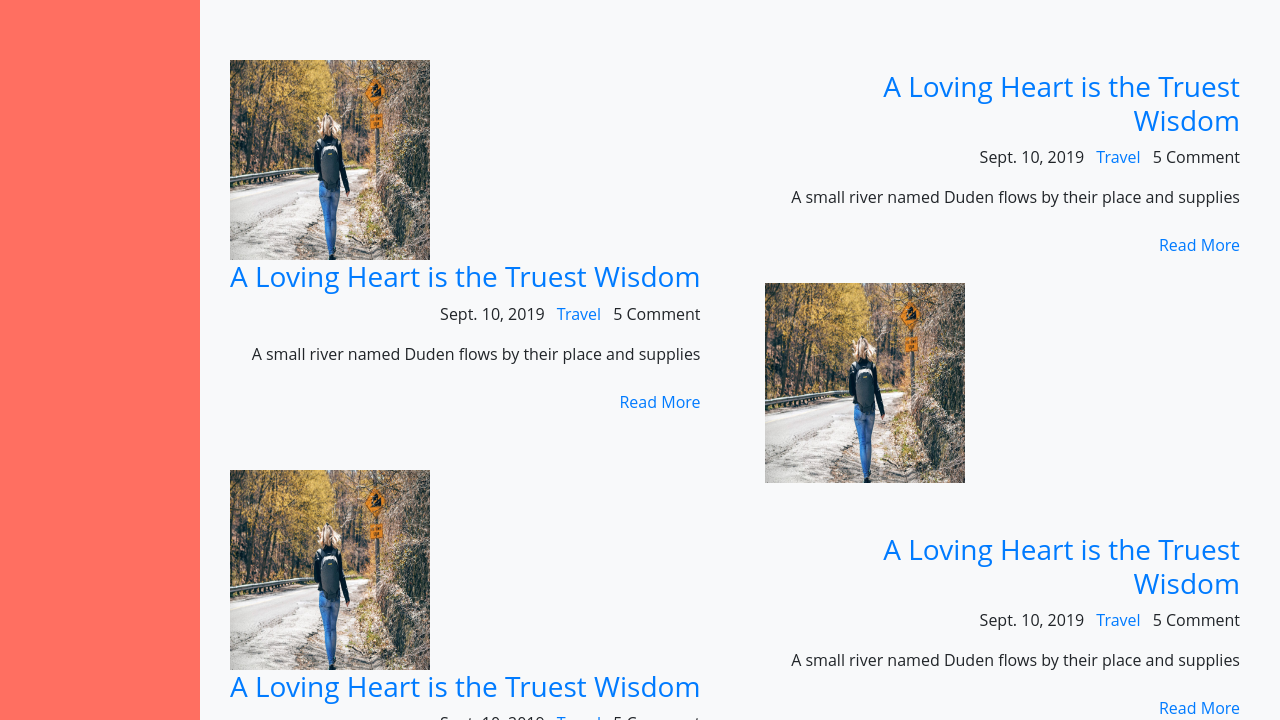
Repository: tts2610/GoogleNews
Page: index.html
An editor plug-in stored every save of this project. The page is shown before and after the next save, followed by the edit.
The browser window is 1280 px wide. The pictures show the whole page.
The page's requests for data from a server got no answer. An inner scrolling area shows only its first screen. Some web libraries are served in a nearby version.

Above is the page before, as saved 2020-05-20 22:55:01.

### index.html
<!DOCTYPE html>
<html lang="en">

<head>
    <meta charset="UTF-8">
    <meta name="viewport" content="width=device-width, initial-scale=1.0">
    <title>Document</title>
    <link rel="stylesheet" href="https://maxcdn.bootstrapcdn.com/bootstrap/4.4.1/css/bootstrap.min.css">

    <!-- jQuery library -->
    <script src="https://ajax.googleapis.com/ajax/libs/jquery/3.5.1/jquery.min.js"></script>

    <!-- Popper JS -->
    <script src="https://cdnjs.cloudflare.com/ajax/libs/popper.js/1.16.0/umd/popper.min.js"></script>

    <!-- Latest compiled JavaScript -->
    <script src="https://maxcdn.bootstrapcdn.com/bootstrap/4.4.1/js/bootstrap.min.js"></script>
    <link rel="stylesheet" href="css/style.css">

    <link href="https://unpkg.com/aos@2.3.1/dist/aos.css" rel="stylesheet">

    <link rel="stylesheet" href="https://cdnjs.cloudflare.com/ajax/libs/animate.css/4.0.0/animate.min.css" />
    <script src="js/moment.js"></script>
</head>

<body>
    <div class="myContainer">
        <div class="sidenav">
            <ul id="sideNav">
                <!-- <li></li>
                <li></li>
                <li></li> -->
            </ul>
        </div>
        <div class="content" id="myContent">

            <div class="row">
                <div class="col-6">
                    <div class="row" id='container-row-left'>

                        <div class="row">
                            <div class="news-img"><img src="img/image_8.jpg" width="200" height="200"></div>
                            <div class="blog-entry-left">
                                <div class="text">
                                    <h3 class="mb-2"><a href="single.html">A Loving Heart is the Truest Wisdom</a></h3>
                                    <div class="meta-wrap">
                                        <p class="meta">
                                            <span><i class="icon-calendar mr-2"></i>Sept. 10, 2019</span>
                                            <span><a href="single.html"><i class="icon-folder-o mr-2"></i>Travel</a></span>
                                            <span><i class="icon-comment2 mr-2"></i>5 Comment</span>
                                        </p>
                                    </div>
                                    <p class="mb-4">A small river named Duden flows by their place and supplies</p>
                                    <p><a href="#" class="btn-custom">Read More <span class="ion-ios-arrow-forward"></span></a></p>
                                </div>
                            </div>

                        </div>
                        <div class="row">
                            <div class="news-img"><img src="img/image_8.jpg" width="200" height="200"></div>
                            <div class="blog-entry-left">
                                <div class="text">
                                    <h3 class="mb-2"><a href="single.html">A Loving Heart is the Truest Wisdom</a></h3>
                                    <div class="meta-wrap">
                                        <p class="meta">
                                            <span><i class="icon-calendar mr-2"></i>Sept. 10, 2019</span>
                                            <span><a href="single.html"><i class="icon-folder-o mr-2"></i>Travel</a></span>
                                            <span><i class="icon-comment2 mr-2"></i>5 Comment</span>
                                        </p>
                                    </div>
                                    <p class="mb-4">A small river named Duden flows by their place and supplies</p>
                                    <p><a href="#" class="btn-custom">Read More <span class="ion-ios-arrow-forward"></span></a></p>
                                </div>
                            </div>

                        </div>


                        <!-- <div class="col-md-12">

                        </div> -->
                        <!-- <div class="col-md-12">

                        </div> -->
                    </div>
                </div>
                <div class="col-6">
                    <div class="row" id='container-row'>

                        <div class="row">
                            <div class="blog-entry">
                                <div class="text">
                                    <h3 class="mb-2"><a href="single.html">A Loving Heart is the Truest Wisdom</a></h3>
                                    <div class="meta-wrap">
                                        <p class="meta">
                                            <span><i class="icon-calendar mr-2"></i>Sept. 10, 2019</span>
                                            <span><a href="single.html"><i class="icon-folder-o mr-2"></i>Travel</a></span>
                                            <span><i class="icon-comment2 mr-2"></i>5 Comment</span>
                                        </p>
                                    </div>
                                    <p class="mb-4">A small river named Duden flows by their place and supplies</p>
                                    <p><a href="#" class="btn-custom">Read More <span class="ion-ios-arrow-forward"></span></a></p>
                                </div>
                            </div>
                            <div class="news-img"><img src="img/image_8.jpg" width="200" height="200"></div>
                        </div>
                        <div class="row">
                            <div class="blog-entry">
                                <div class="text">
                                    <h3 class="mb-2"><a href="single.html">A Loving Heart is the Truest Wisdom</a></h3>
                                    <div class="meta-wrap">
                                        <p class="meta">
                                            <span><i class="icon-calendar mr-2"></i>Sept. 10, 2019</span>
                                            <span><a href="single.html"><i class="icon-folder-o mr-2"></i>Travel</a></span>
                                            <span><i class="icon-comment2 mr-2"></i>5 Comment</span>
                                        </p>
                                    </div>
                                    <p class="mb-4">A small river named Duden flows by their place and supplies</p>
                                    <p><a href="#" class="btn-custom">Read More <span class="ion-ios-arrow-forward"></span></a></p>
                                </div>
                            </div>
                            <div class="news-img"><img src="img/image_8.jpg" width="200" height="200"></div>
                        </div>


                        <!-- <div class="col-md-12">

                        </div> -->
                        <!-- <div class="col-md-12">

                        </div> -->
                    </div>
                </div>
            </div>
            <!-- <button type="button" id="loadMoreBtn" class="btn btn-success my-3" style="margin-left: 470px;">Load more...</button> -->
        </div>
    </div>

    <script src="js/script.js"></script>
    <script src="https://unpkg.com/aos@2.3.1/dist/aos.js"></script>
    <script>
        AOS.init();
    </script>
</body>

</html>

### css/style.css
body {
    margin: 0;
    font-family: 'Open Sans', sans-serif;
}

.myContainer {
    display: flex;
    justify-content: start;
}

.sidenav {
    min-height: 100vh;
    width: 200px;
    float: left;
    position: relative;
    background-color: #FF6F61;
}

#sideNav {
    overflow-y: scroll;
}

.content {
    height: 100vh;
    width: calc(100% - 200px);
    float: right;
    position: relative;
    background-color: #f8f9fa;
    overflow-y: scroll;
}

.blog-entry-left {
    display: flex;
    flex-direction: column;
    align-items: center;
}

.blog-entry {
    padding: 10px;
}

.row {
    padding: 20px;
    font-size: medium;
    text-align: right;
}

#container-row {
    display: flex;
    justify-content: flex-end;
}

button {
    margin-left: 500px;
}

### js/script.js
let newsList = [];
const apiKey = "2dc86bcdc7184b17b45b74b30858f75a"
let page = 1;
let pageSize = 6;
let categoryList = [];
let q = "apple";

const loadNews = async(page) => {
    let sources = [];
    $("input:checkbox:checked").each(function() {
        sources.push($(this).val());
    });
    let url;
    if (!sources.length)
        url = `https://newsapi.org/v2/top-headlines?q=${q}&apiKey=${apiKey}&page=${page}&pageSize=${pageSize}`;
    else {
        let sourceStr = sources.join(",");
        url = `https://newsapi.org/v2/top-headlines?q=${q}&page=${page}&pageSize=${pageSize}&sources=${sourceStr}&apiKey=${apiKey}`
    }



    let data = await fetch(url);
    let result = await data.json();
    $("#myContent").empty();
    $("#myContent").append(render(result));
    $('#myContent').append(`<button onclick="loadMoreFunction()" id="loadMoreBtn" type="button" class="btn btn-success my-4">Load more</button>`);
    $('#myContent').append(`<div id="currentNews" style="text-align:right;">Shown : ${result.articles.length} news</div>`);
}

$(document).ready(function() {
    countCategory();
    // loadNews(page);

});

async function countCategory() {
    let filterUrl = `https://newsapi.org/v2/top-headlines?q=${q}&apiKey=${apiKey}`;
    let filterData = await fetch(filterUrl);
    let result = await filterData.json();
    result.articles.forEach((x, i) => {
        addToDictionary(x.source);
    });
    reloadFilter();
}


function loadMoreFunction() {
    page++;
    $("#loadMoreBtn").remove();
    $("#currentNews").remove();
    loadNews(page);
}

function reloadFilter() {
    $("#sideNav").empty();
    categoryList.forEach(element => {
        let html = `<div class="form-check">
                        <input class="form-check-input" onchange="loadNews(1);" type="checkbox" id="${element.id}" value="${element.id}">
                        <label class="form-check-label">${element.category}(${element.count})</label>
                    </div>`;
        $("#sideNav").append(html);
    });
}

function addToDictionary(x) {
    let flag;
    for (let i = 0; i < categoryList.length; i++) {
        if (categoryList[i].id == x.id) {
            categoryList[i].count++;
            flag = true;
        }
    }
    if (!flag)
        categoryList.push({ id: x.id, category: x.name, count: 1 })
}

function render(result) {
    let innerHtml = '';
    let firstNum = 0;
    let midNum;
    let lastNum;
    result.articles.forEach((x, i) => {
        if (i == firstNum) {
            innerHtml += `<div class="row animate__animated animate__fadeInUp">
            <div class="col-4">
                <div class="blog-entry-left">
                    <div>
                        <img src="${x.urlToImage}" width="200" height="200">
                    </div>
                    <div class="text">
                        <h3 class=""><a href="single.html">${x.title}</a></h3>
                        <div class="meta-wrap">
                            <p class="meta">
                                <span><i class="icon-calendar mr-2"></i>${moment(x.publishedAt).fromNow()}</span>
                                <span><a href="single.html"><i class="icon-folder-o mr-2"></i>${x.source.name}</a></span>
                                <span><i class="icon-comment2 mr-2"></i>5 Comment</span>
                            </p>
                        </div>
                        <p class="">${x.description}</p>
                        <p><a href="#" class="btn-custom">Read More <span class="ion-ios-arrow-forward"></span></a></p>
                    </div>
                </div>
            </div>`
            midNum = i + 1;
            firstNum = firstNum + 3;
        }
        if (i == midNum) {
            innerHtml += `<div class="col-8">
            <div class="row">
                <div class="col-md-12">
                    <div class="blog-entry">
                        <div class="text text-2 text-md-right pr-4">
                            <h3 class="mb-2"><a href="single.html">${x.title}</a></h3>
                            <div class="meta-wrap">
                                <p class="meta">
                                    <span><i class="icon-calendar mr-2"></i>${moment(x.publishedAt).fromNow()}</span>
                                    <span><a href="single.html"><i class="icon-folder-o mr-2"></i>${x.source.name}</a></span>
                                    <span><i class="icon-comment2 mr-2"></i>5 Comment</span>
                                </p>
                            </div>
                            <p class="mb-4">${x.description}</p>
                            <p><a href="#" class="btn-custom">Read More <span class="ion-ios-arrow-forward"></span></a></p>
                        </div>
                        <div class="news-img"><img src="${x.urlToImage}" width="200" height="200"></div>
                    </div>
                </div>`
            lastNum = i + 1;
        }
        if (i == lastNum) {
            innerHtml += `<div class="col-md-12">
            <div class="blog-entry ftco-animate d-md-flex align-items-center">
                <div class="text text-2 text-md-right pr-4">
                    <h3 class="mb-2"><a href="single.html">${x.title}</a></h3>
                    <div class="meta-wrap">
                        <p class="meta">
                            <span><i class="icon-calendar mr-2"></i>${moment(x.publishedAt).fromNow()}</span>
                            <span><a href="single.html"><i class="icon-folder-o mr-2"></i>${x.source.name}</a></span>
                            <span><i class="icon-comment2 mr-2"></i>5 Comment</span>
                        </p>
                    </div>
                    <p class="mb-4">${x.description}</p>
                    <p><a href="#" class="btn-custom">Read More <span class="ion-ios-arrow-forward"></span></a></p>
                </div>
                <div class="news-img"><img src="${x.urlToImage}" width="200" height="200"></div>
            </div>
        </div>
    </div>
</div>
</div>
`
        }


    });
    return innerHtml;
}

Loaded but not shown: js/moment.js (library)

After the next save:
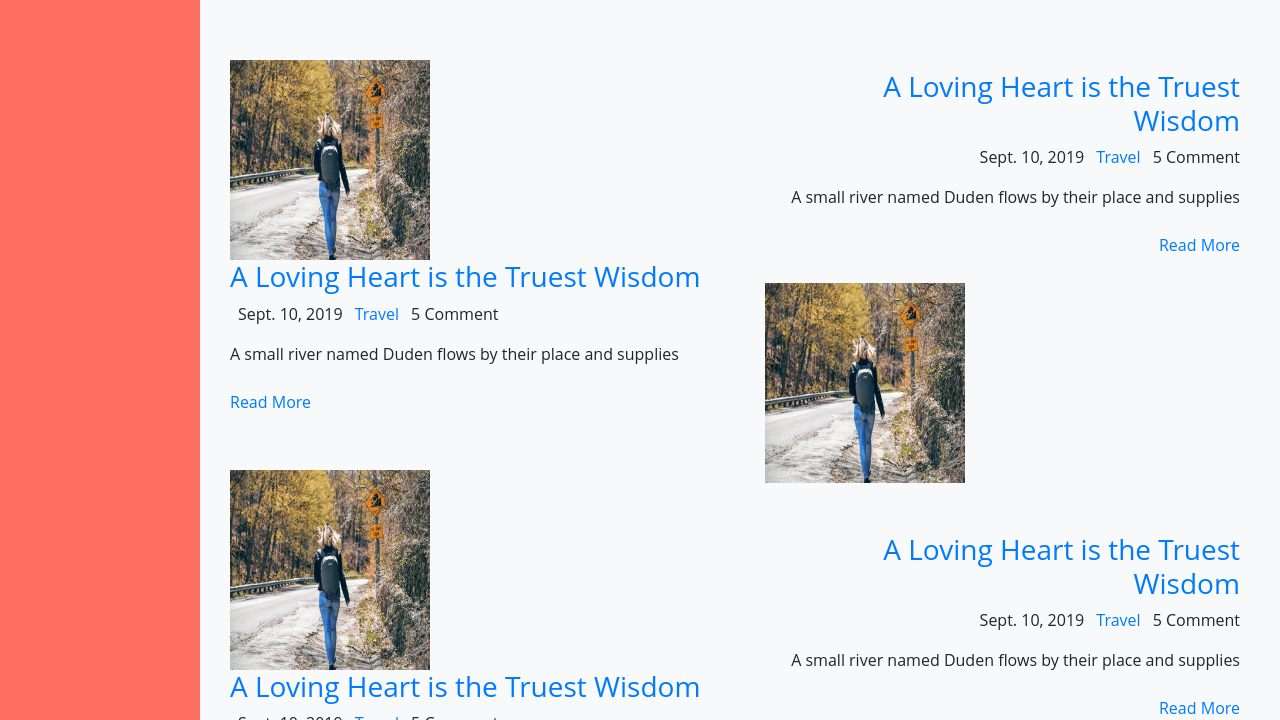
Saved 28 s later.
--- a/css/style.css
+++ b/css/style.css
@@ -30,9 +30,7 @@ body {
 }
 
 .blog-entry-left {
-    display: flex;
-    flex-direction: column;
-    align-items: center;
+    text-align: left;
 }
 
 .blog-entry {
